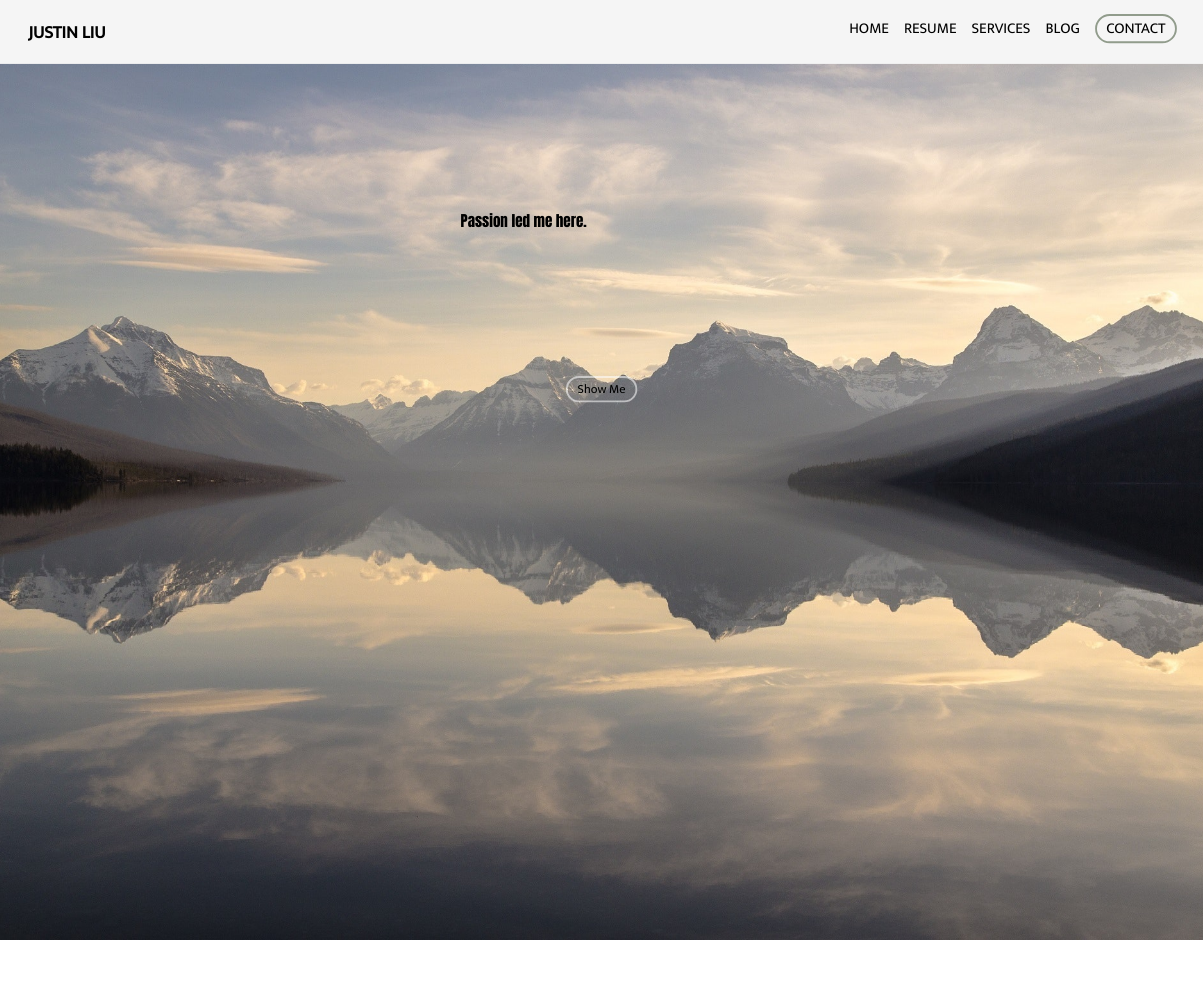
Repository: justinliu88/personal-projects
Page: index.html
An editor plug-in stored every save of this project. The page is shown before and after the next save, followed by the edit.
The browser window is 1280 px wide. The pictures show the whole page, at 94% of full size.
Some web libraries are served in a nearby version. The style sheet was rebuilt from its Sass, Less or Tailwind sources for each picture, by a compiler version that may differ from the author's.

Above is the page before, as saved 2020-03-17 11:48:12.

After the next save:
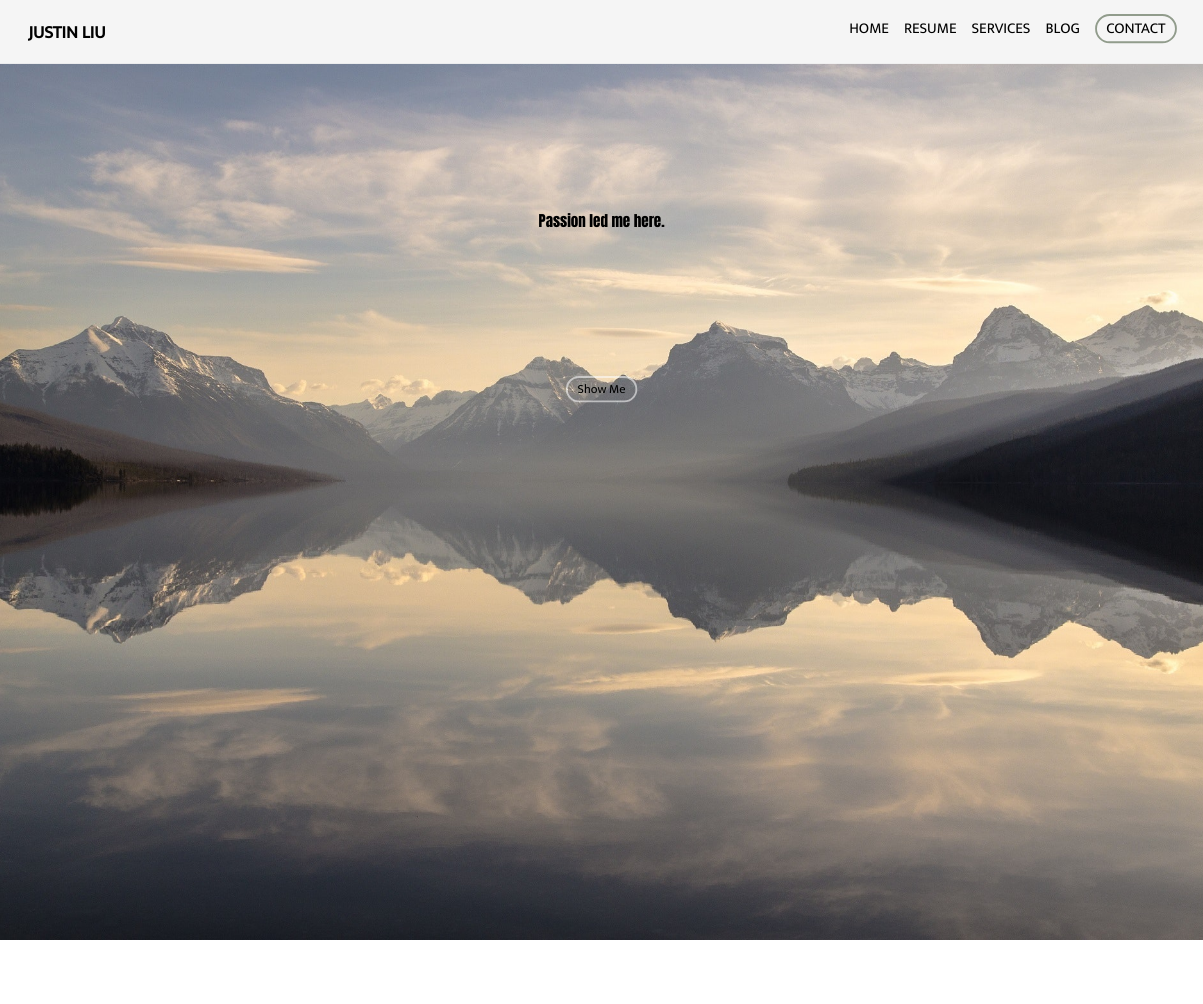
Saved 5 s later.
--- a/main.scss
+++ b/main.scss
@@ -67,7 +67,7 @@ body {
         height: 300px;
         width: 300px;
         display: flex;
-        text-align: center;
+        justify-content: center;
         align-items: center;
     }
     &__button button {
